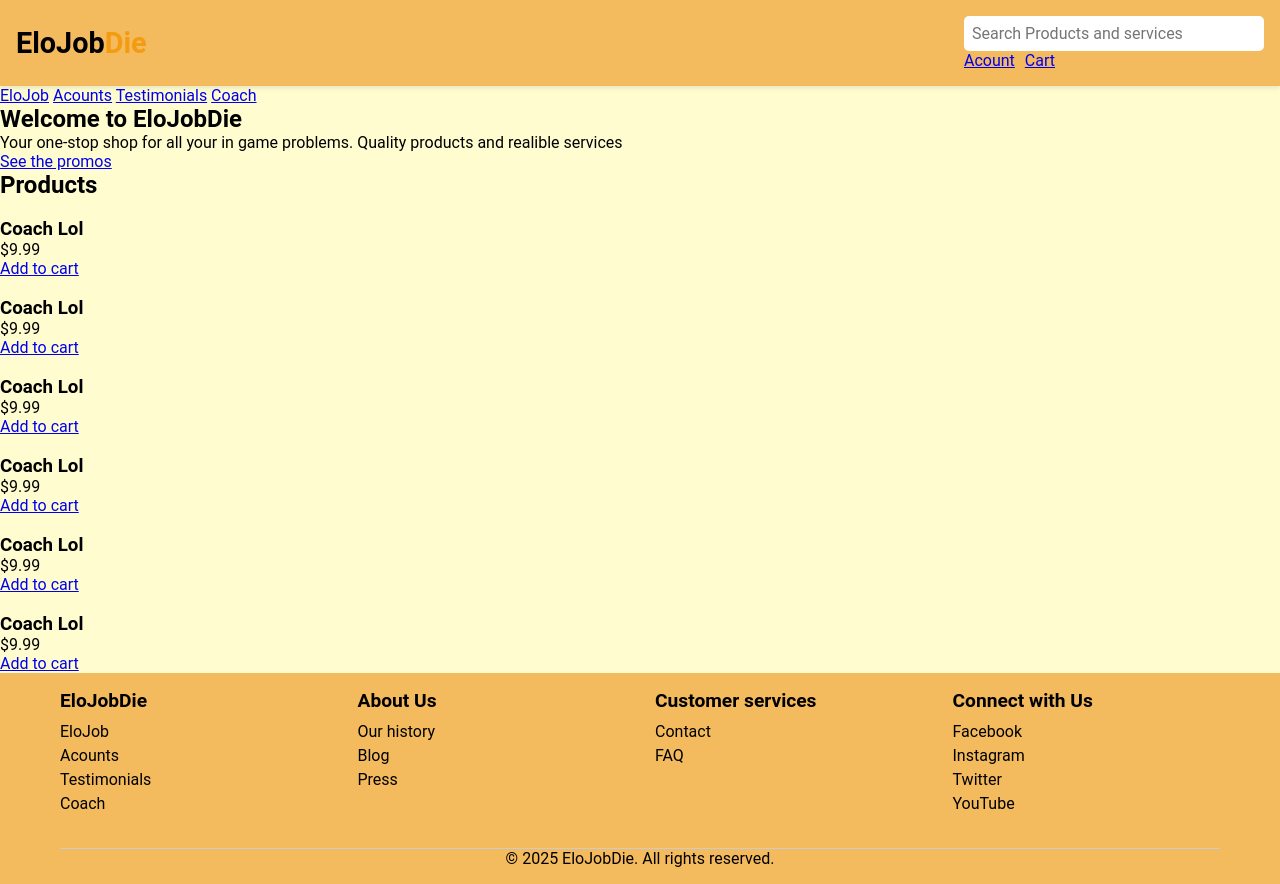
Repository: JustTheHero/web_online_store
Page: homePage.html
An editor plug-in stored every save of this project. The page is shown before and after the next save, followed by the edit.
The browser window is 1280 px wide. The pictures show the whole page.

Above is the page before, as saved 2025-04-24 11:09:49.

### homePage.html
<!DOCTYPE html>
<html>
<head>
    <meta charset="UTF-8">
    <meta name="viewport" content="width=device-width, initial-scale=1.0">
    <title>EloJobDie</title>
    <style>
        * {
            margin: 0;
            padding: 0;
            box-sizing: border-box;
            font-family: 'Poppins', 'Roboto', 'Open Sans', sans-serif;
        }
        .top_menu {
            display: flex;
            align-items: center;
            flex-direction: row-reverse;
        }

        .logo {
            font-size: 1.8rem;
            font-weight: bold;
        }
        .logo span {
            color: #f39c12;
        }
        body{
            background-color: #FFFDD0;
        }
        header{
            background-color: #f4ba5e;
            color: black;
            padding: 1rem;
            box-shadow: 0 2px 5px rgba(0, 0, 0, 0.1);
        }
        .container_footer {
            max-width: 1200px;
            margin: 0 auto;
            padding: 0 20px;
        }

        .container_header{
            display: flex;
            justify-content: space-between;
            align-items: center;

        }

        footer{
            background-color: #f4ba5e;
            color: black;
            padding: 1rem;
        }
        .content_footer{
            display: grid;
            grid-template-columns: repeat(auto-fill, minmax(250px, 1fr));
            justify-content: space-between;
            margin-bottom: 30px;
            gap: 30px;
        }
        .col_footer h3{
            margin-bottom: 10px;
            font-size: 1.2rem;
        }
        .col_footer ul{
            list-style-type: none;
        }
        .col_footer ul li{
            margin-bottom: 5px;
        }
        .col_footer a{
            text-decoration: none;
            color: black;
            transition: color 0.3s ease;
        }
        .col_footer a:hover{
            color: #ecd5b1;
        }
        .bottom_footer{
            text-align: center;
            margin-top: 10px;
            border-top:1px solid #ccc;
        }

        .search_bar {
            width: 300px;
        }

        .search_bar input {
            width: 100%;
            padding: 0.5rem;
            border: none;
            border-radius: 5px;
            font-size: 1rem;
        }

        .icons_navigation {
            display: flex;
            gap: 10px;
        }



    </style>
</head>
<body>
    <header>
        <div class="container_header">
            <div class="logo">
                EloJob<span>Die</span>
            </div>
            <div class = "top_menu">
                <div class="search_bar">
                    <input type = "text" placeholder = "Search Products and services"
                </div>
                <div class = "icons_navigation">
                    <a href="#accont"> Acount
                    </a>
                    <a href="#cart"> Cart
                    </a>
                </div>
            </div>
        </div>
    </header>
    <nav>
        <div class = "container_nav">
            <ul class = "nav_itens">
                <li>
                    <a href="#elojob">EloJob</a>
                    <a href="#acounts">Acounts</a>
                    <a href="#testimonials">Testimonials</a>
                    <a href="#coach">Coach</a>
                </li>
            </ul>
        </div>
    </nav>
    <section class = "welcome">
        <div class = "container_welcome">
            <h1>Welcome to EloJobDie</h1>
            <p>Your one-stop shop for all your in game problems. Quality products and realible services</p>
            <a href="#promos">See the promos</a>
        </div>
    </section>

    <section class="products">
        <div class = "container_products">
            <h2>Products</h2>
            <div class = "grid_products">
               <div class = "card_products">
                <div class = "image_products">
                    <img src="" alt="">
                </div>
                <div class = "info_products">
                    <h3 class = "title_product">Coach Lol</h3>
                    <p class = "price_product">$9.99</p>
                    <a href="#add_to_cartc"class = "btn">Add to cart</a>
                </div>
               </div>
            </div>
               <div class = "card_products">
                <div class = "image_products">
                    <img src="" alt="">
                </div>
                <div class = "info_products">
                    <h3 class = "title_product">Coach Lol</h3>
                    <p class = "price_product">$9.99</p>
                    <a href="#add_to_cartc"class = "btn">Add to cart</a>
                </div>
               </div>
            </div>
               <div class = "card_products">
                <div class = "image_products">
                    <img src="" alt="">
                </div>
                <div class = "info_products">
                    <h3 class = "title_product">Coach Lol</h3>
                    <p class = "price_product">$9.99</p>
                    <a href="#add_to_cartc"class = "btn">Add to cart</a>
                </div>
               </div>
            </div>
               <div class = "card_products">
                <div class = "image_products">
                    <img src="" alt="">
                </div>
                <div class = "info_products">
                    <h3 class = "title_product">Coach Lol</h3>
                    <p class = "price_product">$9.99</p>
                    <a href="#add_to_cartc"class = "btn">Add to cart</a>
                </div>
               </div>
            </div>
               <div class = "card_products">
                <div class = "image_products">
                    <img src="" alt="">
                </div>
                <div class = "info_products">
                    <h3 class = "title_product">Coach Lol</h3>
                    <p class = "price_product">$9.99</p>
                    <a href="#add_to_cartc"class = "btn">Add to cart</a>
                </div>
               </div>
            </div>
               <div class = "card_products">
                <div class = "image_products">
                    <img src="" alt="">
                </div>
                <div class = "info_products">
                    <h3 class = "title_product">Coach Lol</h3>
                    <p class = "price_product">$9.99</p>
                    <a href="#add_to_cartc"class = "btn">Add to cart</a>
                </div>
               </div>
            </div>
        </div>
    </section>
    <footer>
        <div class = "container_footer">
            <div class = "content_footer">
                <div class = "col_footer">
                    <h3>EloJobDie</h3>
                    <ul>
                        <li><a href="#elojob">EloJob</a></li>
                        <li><a href="#acounts">Acounts</a></li>
                        <li><a href="#testimonials">Testimonials</a></li>
                        <li><a href="#coach">Coach</a></li>
                    </ul>

                </div>
                <div class = "col_footer">
                    <h3>About Us</h3>
                    <ul>
                        <li><a href="#history">Our history</a></li>
                        <li><a href="#blog">Blog</a></li>
                        <li><a href="#press">Press</a></li>
                    </ul>
                </div>
                <div class = "col_footer">
                    <h3>Customer services</h3>
                    <ul>
                        <li><a href="#contact">Contact</a></li>
                        <li><a href="#faq">FAQ</a></li>
                    </ul>
                </div>
                <div class = "col_footer">
                    <h3>Connect with Us</h3>
                    <ul>
                        <li><a href="#facebook">Facebook</a></li>
                        <li><a href="#instagram">Instagram</a></li>
                        <li><a href="#twitter">Twitter</a></li>
                        <li><a href="#youtube">YouTube</a></li>
                    </ul>
                </div>
            </div>
            <div class = "bottom_footer">
                <p>&copy; 2025 EloJobDie. All rights reserved.</p>
            </div>
        </div>
    </footer>


</body>
</html>

After the next save:
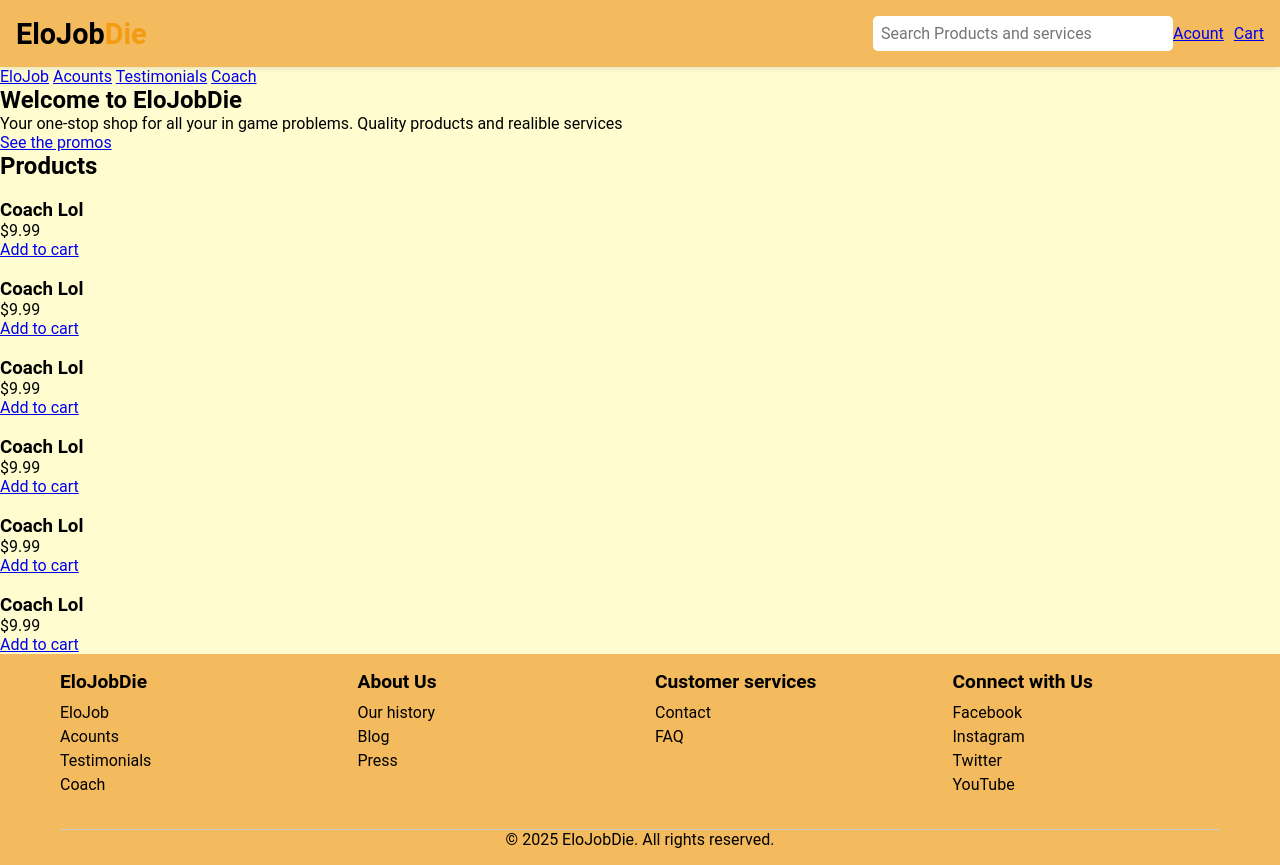
Saved 91 s later.
--- a/homePage.html
+++ b/homePage.html
@@ -109,18 +109,17 @@
             <div class="logo">
                 EloJob<span>Die</span>
             </div>
-            <div class = "top_menu">
+            <div class="top_menu">
+                <div class="icons_navigation">
+                    <a href="#accont">Acount</a>
+                    <a href="#cart">Cart</a>
+                </div>
                 <div class="search_bar">
-                    <input type = "text" placeholder = "Search Products and services"
-                </div>
-                <div class = "icons_navigation">
-                    <a href="#accont"> Acount
-                    </a>
-                    <a href="#cart"> Cart
-                    </a>
-                </div>
-            </div>
-        </div>
+                    <input type="text" placeholder="Search Products and services">
+                </div>
+            </div>
+        </div>
+
     </header>
     <nav>
         <div class = "container_nav">
